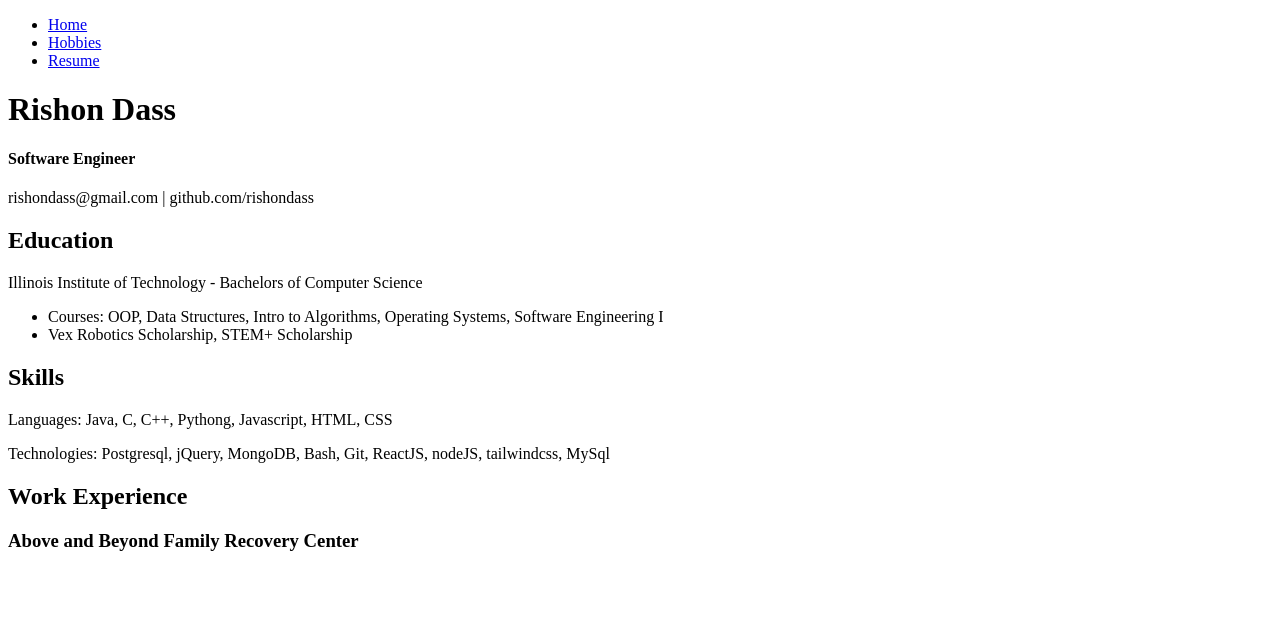
Repository: rishondass/ITMD361-Project1
Page: resume.html
An editor plug-in stored every save of this project. The page is shown before and after a run of saves, followed by the edit.
The browser window is 1280 px wide. The pictures show the whole page.

Above is the page before, as saved 2023-02-22 15:22:38.

### resume.html
<!DOCTYPE html>
<html lang="en">
<head>
    <meta charset="UTF-8">
    <meta name="viewport" content="width=device-width, initial-scale=1.0">
    <title>Resume</title>
</head>
<body>
    <nav>
        <ul>
            <li>
                <a href="index.html">Home</a>
            </li>
            <li>
                <a href="hobbies.html">Hobbies</a>
            </li>
            <li>
                <a href="resume.html">Resume</a>
            </li>
        </ul>
    </nav>
    <div>
        <h1>
            Rishon Dass
        </h1>
        <h4>
            Software Engineer
        </h4>
        <p>
            rishondass@gmail.com | github.com/rishondass
        </p>
    </div>
    <div>
        <h2>
            Education
        </h2>
        <p>
            Illinois Institute of Technology - Bachelors of Computer Science
        </p>
        <ul>
            <li>
                Courses: OOP, Data Structures, Intro to Algorithms, Operating Systems, Software Engineering I
            </li>
            <li>
                Vex Robotics Scholarship, STEM+ Scholarship
            </li>
        </ul>
    </div>
    <div>
        <h2>
            Skills
        </h2>
        <p>
            Languages: Java, C, C++, Pythong, Javascript, HTML, CSS
        </p>
        <p>
            Technologies: Postgresql, jQuery, MongoDB, Bash, Git, ReactJS, nodeJS, tailwindcss, MySql
        </p>
    </div>
    <div>
        <h2>
            Work Experience
        </h2>
        <h3>
            Above and Beyond Family Recovery Center
        </h3>
    </div>
</body>
</html>

After the next 3 saves:
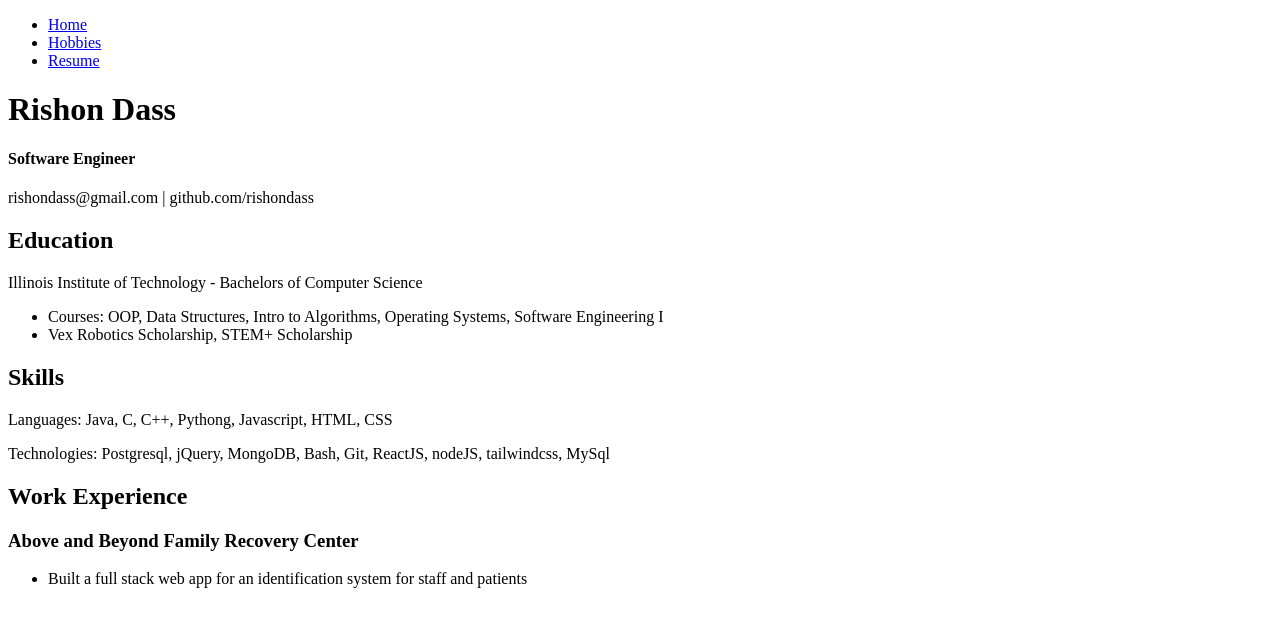
The 3 saves are shown as one change because they came seconds apart.
The last was saved 11 s later.
--- a/resume.html
+++ b/resume.html
@@ -64,6 +64,11 @@
         <h3>
             Above and Beyond Family Recovery Center
         </h3>
+        <ul>
+            <li>
+                Built a full stack web app for an identification system for staff and patients
+            </li>
+        </ul>
     </div>
 </body>
 </html>
